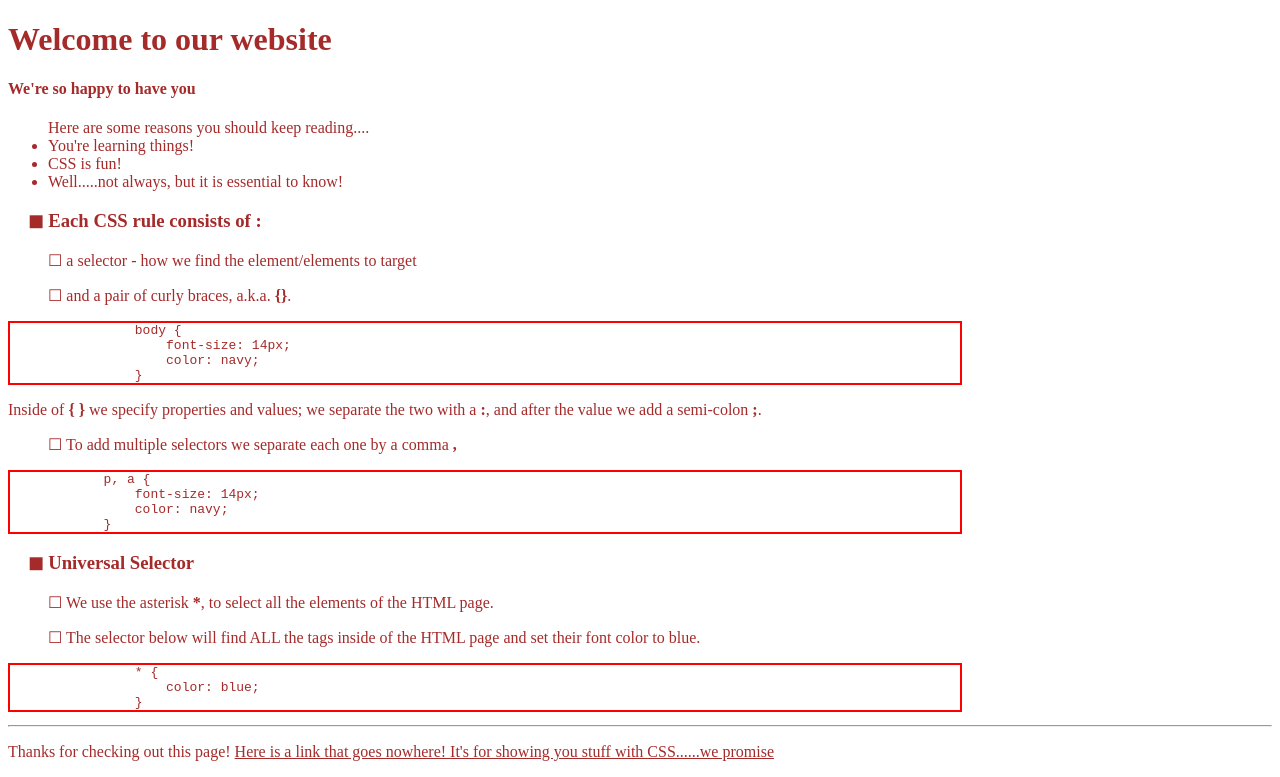
Repository: AnnaSpirit/Tests__
Page: CSS/Useful_Selectors.html
An editor plug-in stored every save of this project. The page is shown before and after the next save, followed by the edit.
The browser window is 1280 px wide. The pictures show the whole page.

Above is the page before, as saved 2024-04-01 13:32:52.

After the next save:
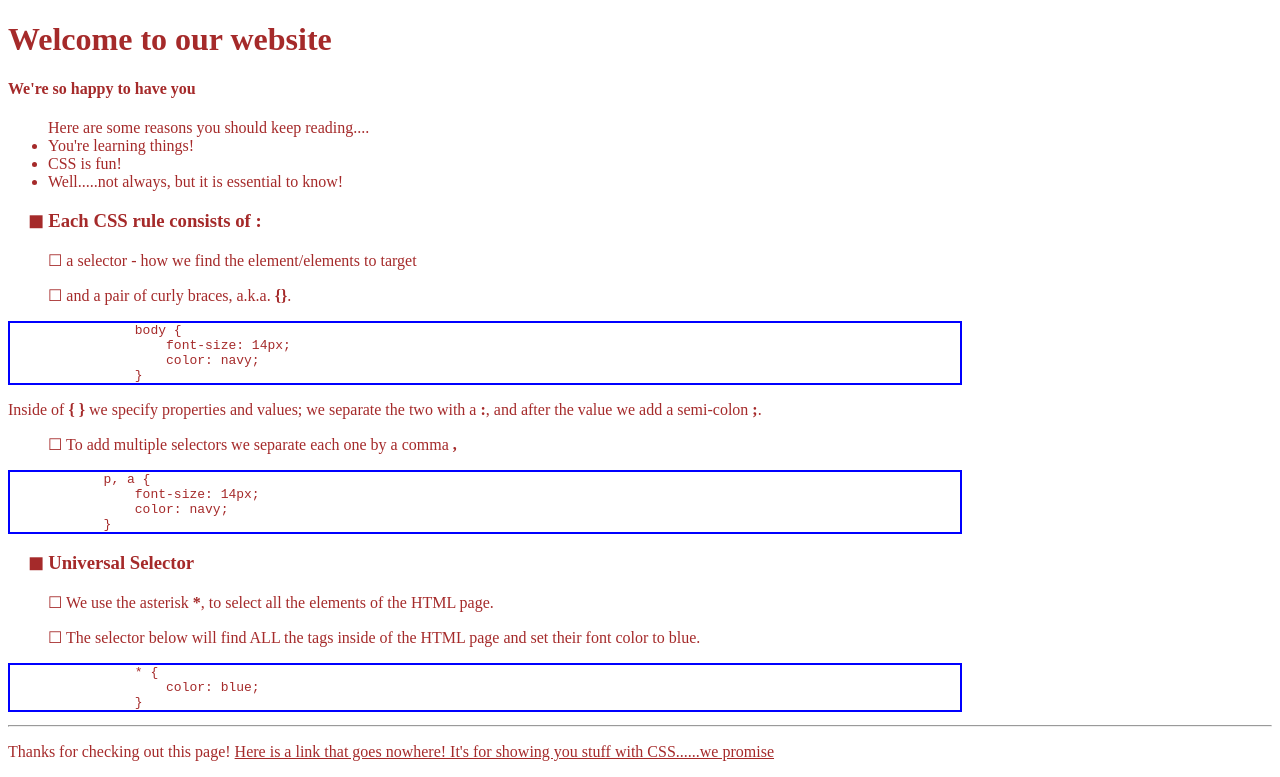
Saved 25 s later.
--- a/CSS/Useful_Selectors.html
+++ b/CSS/Useful_Selectors.html
@@ -22,7 +22,7 @@
         <h3 style="padding-left: 20px;"> &#9724; Each CSS rule consists of :</h3>
             <p style="padding-left: 40px;"> &#9744; a selector - how we find the element/elements to target</p>
             <p style="padding-left: 40px;"> &#9744; and a pair of curly braces, a.k.a. <b>{}</b>.</p>
-            <span > <pre style="border: 2px solid red; margin-right: 310px">
+            <span > <pre style="border: 2px solid blue; margin-right: 310px">
                 body {
                     font-size: 14px;
                     color: navy;
@@ -30,7 +30,7 @@
     <p>Inside of <b>{ }</b> we specify properties and values; we separate the two with a <b>:</b>, and after the value we add a semi-colon <b>;</b>.</p>
             <p style="padding-left: 40px;"> &#9744; To add multiple selectors we separate each one by a comma <b>,</b></p>
     <span>
-        <pre style="border: 2px solid red; margin-right: 310px">
+        <pre style="border: 2px solid blue; margin-right: 310px">
             p, a {
                 font-size: 14px;
                 color: navy;
@@ -40,7 +40,7 @@
         <p style="padding-left: 40px;">&#9744; We use the asterisk <b>*</b>, to select all the elements of the HTML page.</p>
         <p style="padding-left: 40px;">&#9744; The selector below will find ALL the tags inside of the HTML page and set their font color to blue.</p>
     <span>
-        <pre style="border: 2px solid red; margin-right: 310px">
+        <pre style="border: 2px solid blue; margin-right: 310px">
                 * {
                     color: blue;
                 }</pre>
